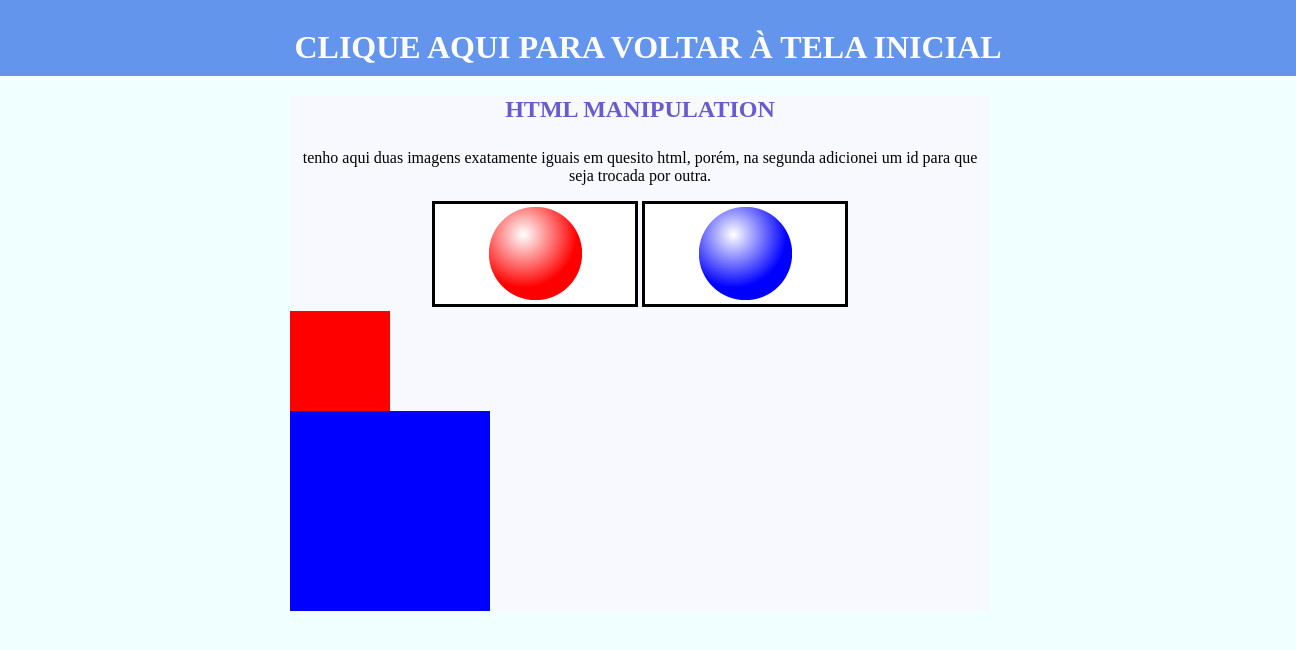
Repository: 2001mariana/jquery
Page: html-manipulation.html
An editor plug-in stored every save of this project. The page is shown before and after a run of saves, followed by the edit.
The browser window is 1280 px wide. The page is 1296 px wide, then 1280 px, then 1296 px, so the pictures cover 1296 px, including what lies to the right of the window. The pictures show the whole page.

Above is the page before, as saved 2022-08-04 15:15:57.

### html-manipulation.html
<!DOCTYPE html>
<html>
<head>
    <meta charset='utf-8'>
    <meta http-equiv='X-UA-Compatible' content='IE=edge'>
    <title>Parte 1- select elements</title>
    <meta name='viewport' content='width=device-width, initial-scale=1'>
    <!-- <link rel='stylesheet' type='text/css' media='screen' href='main.css'> -->
    <!-- <script src='main.js'></script> -->
    <script src="https://code.jquery.com/jquery-3.6.0.min.js" integrity="sha256-/xUj+3OJU5yExlq6GSYGSHk7tPXikynS7ogEvDej/m4=" crossorigin="anonymous"></script>
</head>
<body style="margin: 0 auto; background-color: 	#F0FFFF;">

    <div id="header" style="background-color: #6495ED; height: 60px; width: 100%; padding: 8px;">
        <a href="index.html" style="text-decoration: none; text-transform: uppercase; color:#FFFFFF;"><h1>
            Clique aqui para voltar à tela inicial</h1></a>
    </div>

    <div id="page-size" style="background-color: #F8F8FF;">
      <h2>HTML MANIPULATION</h2>
      <p>tenho aqui duas imagens exatamente iguais em quesito html, porém, na segunda adicionei um id para que seja trocada por outra.</p>
      <img src="img/esfera_1.png" border="3" />
      <img src="img/esfera_1.png" border="3" id="trocar-img" />

      <div style="background-color: red; width: 100px; height: 100px"></div>
      <div id="update-style" style="background-color: red; width: 100px; height: 100px"></div>
      </div>
</body>
<script>
$("h2").css("color", "#6A5ACD")
$("h2").css("margin-bottom", "26px")
$("body").css("text-align", "center")
$("body").css("text-align", "center")
$("div#page-size").css("width", "700px")
$("div#page-size").css("margin", "auto")

//recuperando aributo no console.log:
console.log($('img').attr('src'))

//substituindo a imagem 1 pela imagem 2:
$('img#trocar-img').attr('src', 'img/esfera_2.png')

$('div#update-style').attr('style', 'background-color: blue; width: 200px; height: 200px')

</script>
</html>

After the next 2 saves:
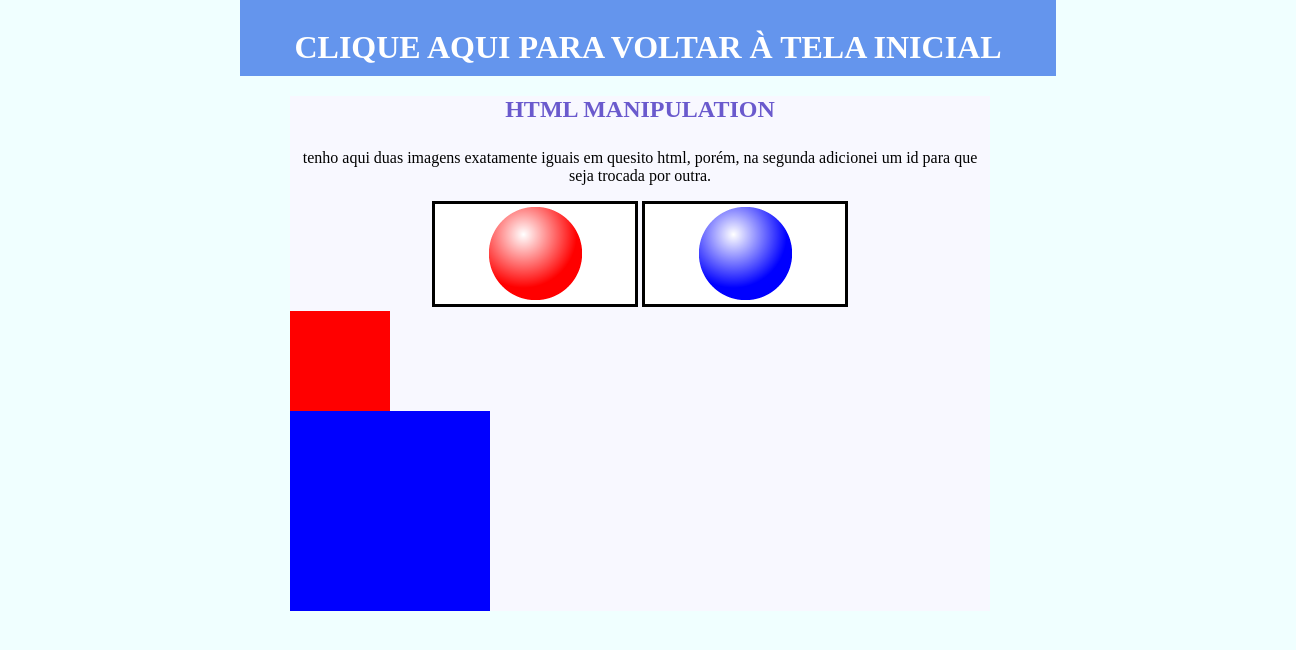
The 2 saves are shown as one change because they came seconds apart.
The last was saved 10 s later.
--- a/html-manipulation.html
+++ b/html-manipulation.html
@@ -30,7 +30,7 @@
 $("h2").css("color", "#6A5ACD")
 $("h2").css("margin-bottom", "26px")
 $("body").css("text-align", "center")
-$("body").css("text-align", "center")
+$("body").css("width", "800px")
 $("div#page-size").css("width", "700px")
 $("div#page-size").css("margin", "auto")
 

After the save that followed:
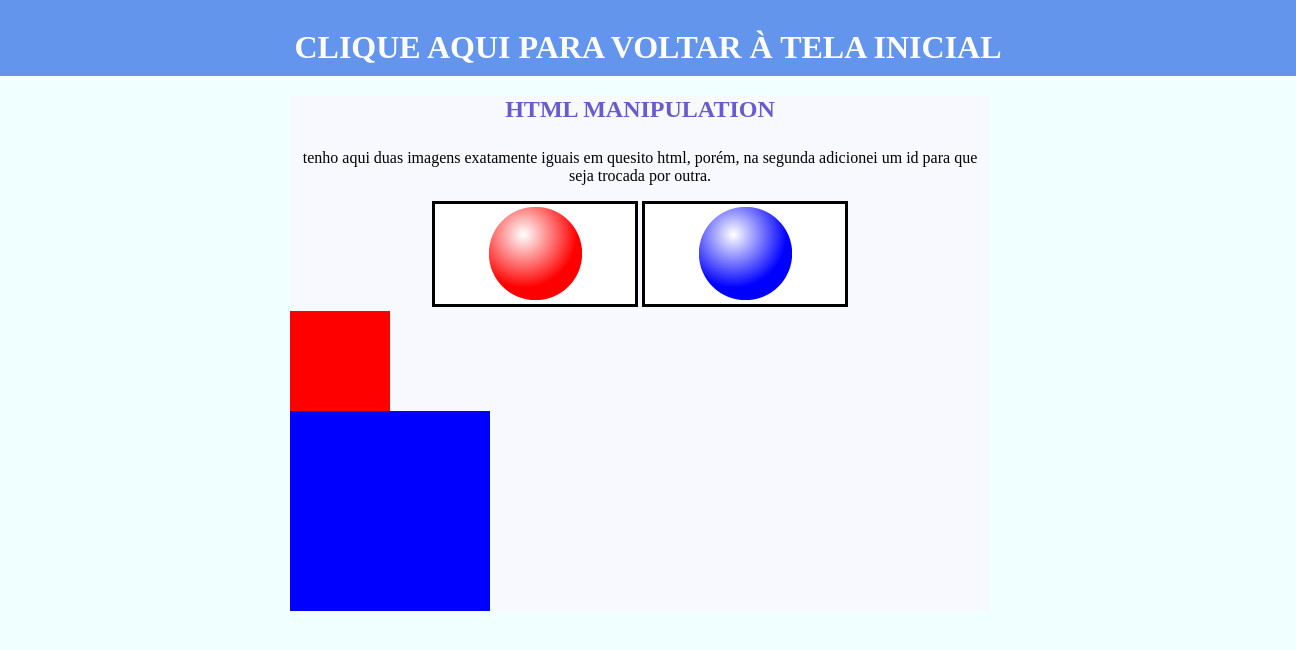
Saved 19 s later.
--- a/html-manipulation.html
+++ b/html-manipulation.html
@@ -30,7 +30,6 @@
 $("h2").css("color", "#6A5ACD")
 $("h2").css("margin-bottom", "26px")
 $("body").css("text-align", "center")
-$("body").css("width", "800px")
 $("div#page-size").css("width", "700px")
 $("div#page-size").css("margin", "auto")
 
